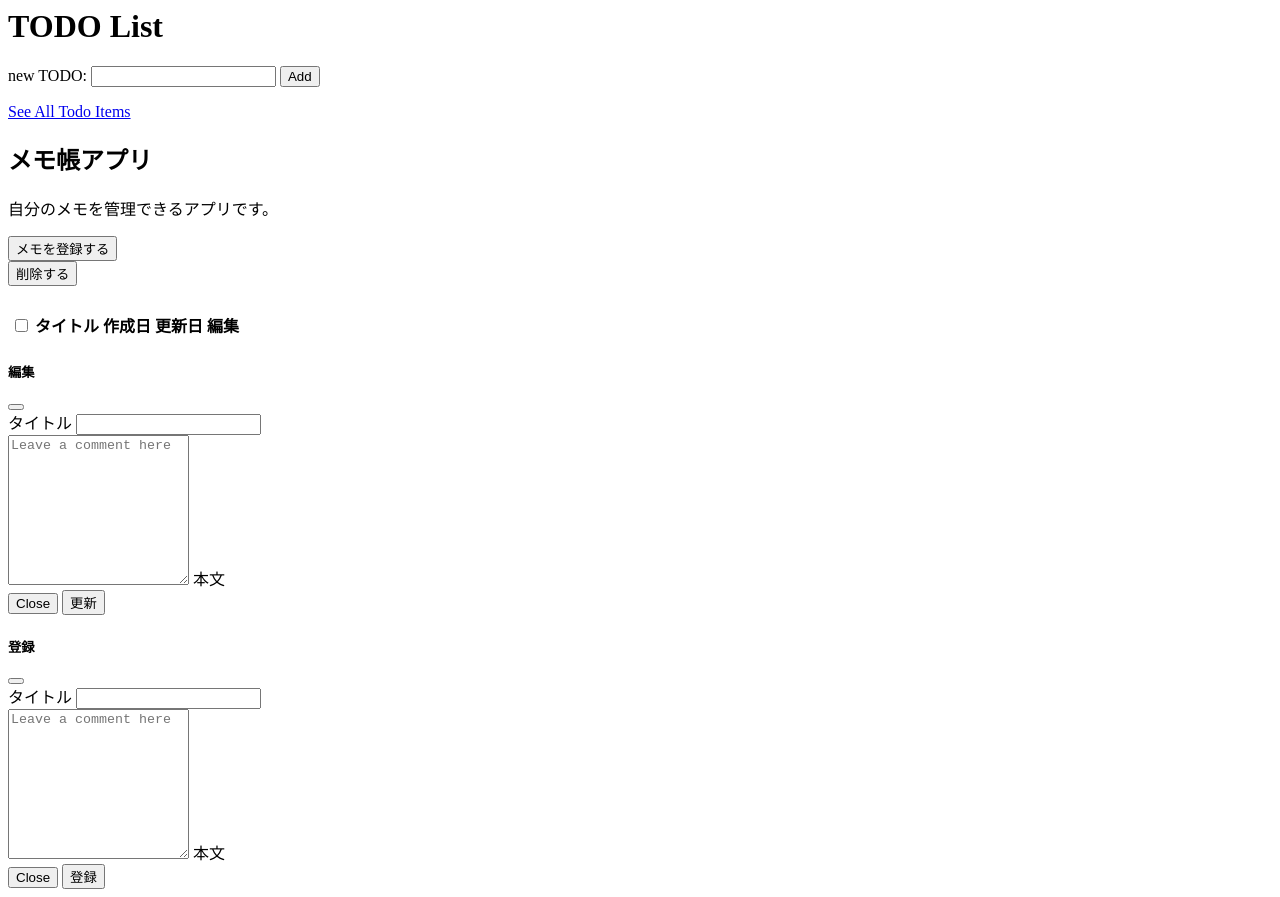
Repository: Katsu-Shunsuke/todo_flask
Page: http://localhost/
The author's editor kept a record of every edit. The page is drawn from the files as they stood at one moment, then again after the next edit.
The browser window is 1280 px wide. The pictures show the whole page.
The page is served by the project's application, run on Flask 3 (main.py).

Above is the page before.

After the next edit:
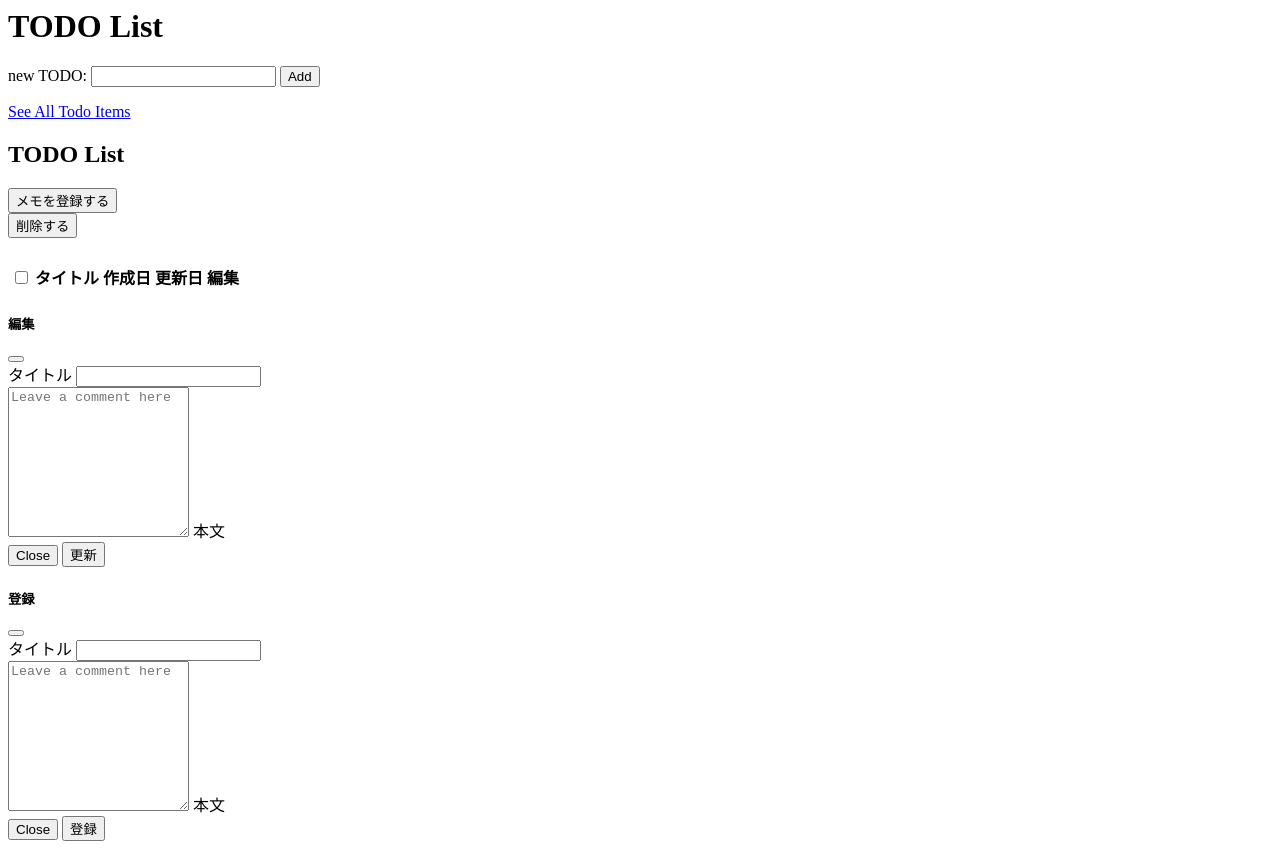
The edit:
--- a/templates/index.html
+++ b/templates/index.html
@@ -14,8 +14,7 @@
 
 <body>
     <div>
-        <h2>メモ帳アプリ</h3>
-            <p>自分のメモを管理できるアプリです。</p>
+        <h2>TODO List</h3>
     </div>
     <div>
         <button id="id-add-button" class="btn btn-primary">メモを登録する</button>
